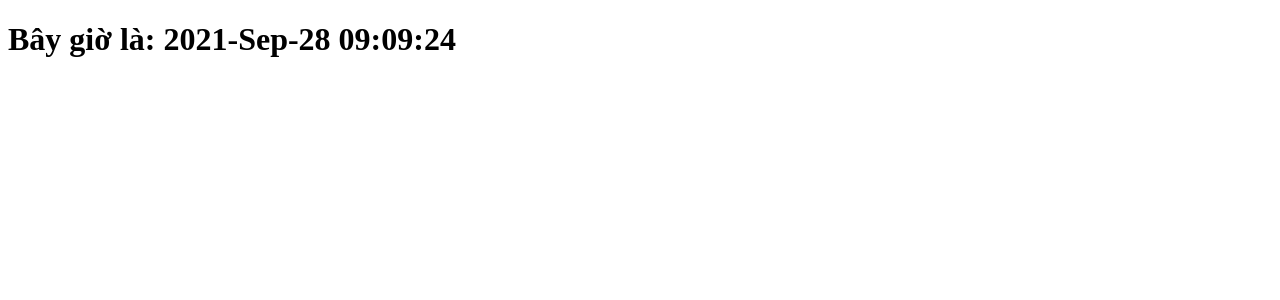
Repository: HanhHeo/Module2
Page: http://localhost/
An editor plug-in stored every save of this project. The page is shown before and after the next save, followed by the edit.
The browser window is 1280 px wide. The pictures show the whole page.
The page is run by PHP 8.4 with error messages shown; the project is at /var/www/html/.

Above is the page before, as saved 2021-09-28 14:28:54.

After the next save:
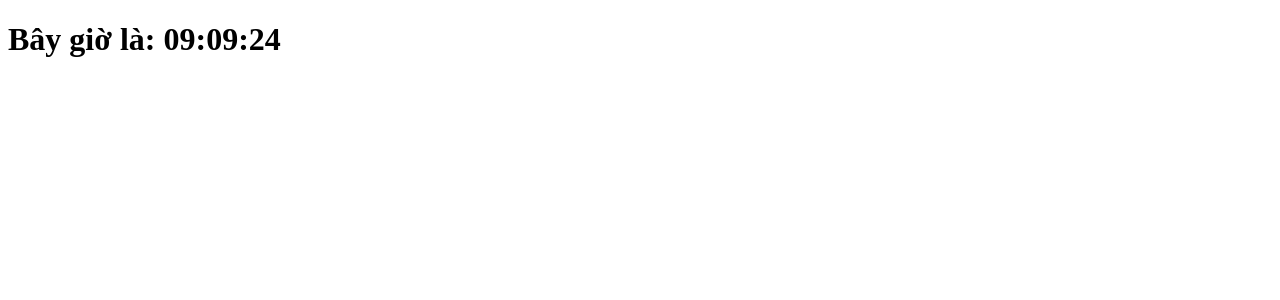
Saved 8 min 34 s later.
--- a/sever_time/index.php
+++ b/sever_time/index.php
@@ -8,7 +8,7 @@
 </head>
 <body>
     <?php date_default_timezone_set('Asia/Ho_Chi_Minh'); ?>
-    <h1> Bây giờ là: <?php echo date('Y-M-d h:m:s'); ?> </h1>
+    <h1> Bây giờ là: <?php echo date(' h:m:s'); ?> </h1>
 
 </body>
 </html>
